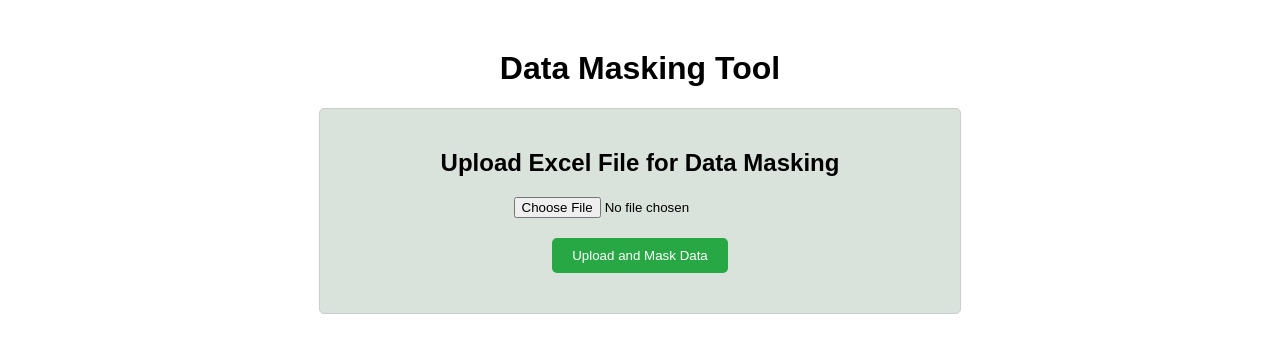
Repository: prithika12/DataMasking_Tool
Page: index.html
These files come from the project's save history. The page is drawn as it stood at one moment and after the next save; the edit follows.
The browser window is 1280 px wide. The pictures show the whole page.

Above is the page before, as saved 2024-07-09 11:29:23.

### index.html
<!DOCTYPE html>
<html>
<head>
    <h1>Data Masking Tool</h1>
    <style>
        body {
            font-family: Arial, sans-serif;
            margin: 50px;
        }
        .container {
            max-width: 600px;
            margin: 0 auto;
            padding: 20px;
            background-color: #d9e3dc;
            border: 1px solid #ccc;
            border-radius: 5px;
        }
        h2 {
            text-align: center;
        }
        h1 {
            text-align: center;
        }
        input[type="file"] {
            display: block;
            margin: 20px auto;
        }
        button {
            display: block;
            margin: 20px auto;
            padding: 10px 20px;
            background-color: #28a745;
            color: white;
            border: none;
            border-radius: 5px;
            cursor: pointer;
        }
        button:hover {
            background-color: #218838;
        }
    </style>
</head>
<body>
    <div class="container">
        <h2>Upload Excel File for Data Masking</h2>
        <form action="/uploader" method="post" enctype="multipart/form-data">
            <input type="file" name="file" accept=".xlsx">
            <button type="submit">Upload and Mask Data</button>
        </form>
    </div>
</body>
</html>

After the next save:
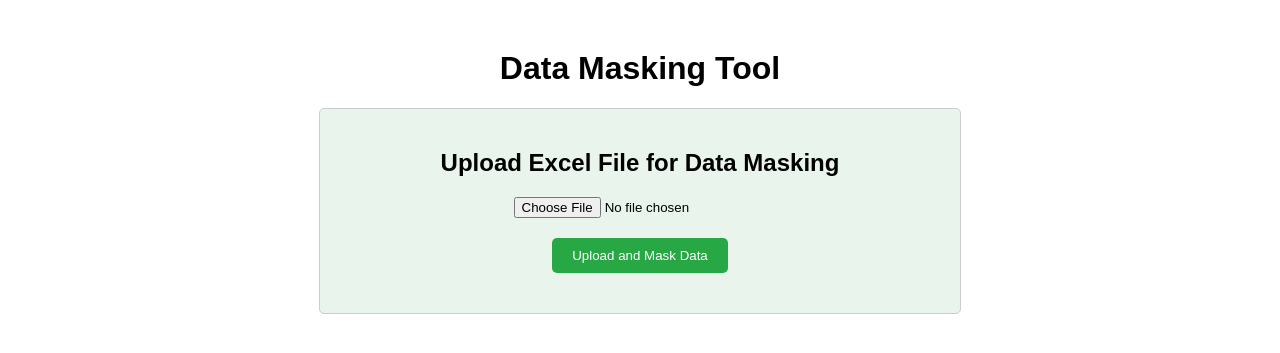
Saved 9 s later.
--- a/index.html
+++ b/index.html
@@ -11,7 +11,7 @@
             max-width: 600px;
             margin: 0 auto;
             padding: 20px;
-            background-color: #d9e3dc;
+            background-color: #e8f4ec;
             border: 1px solid #ccc;
             border-radius: 5px;
         }
